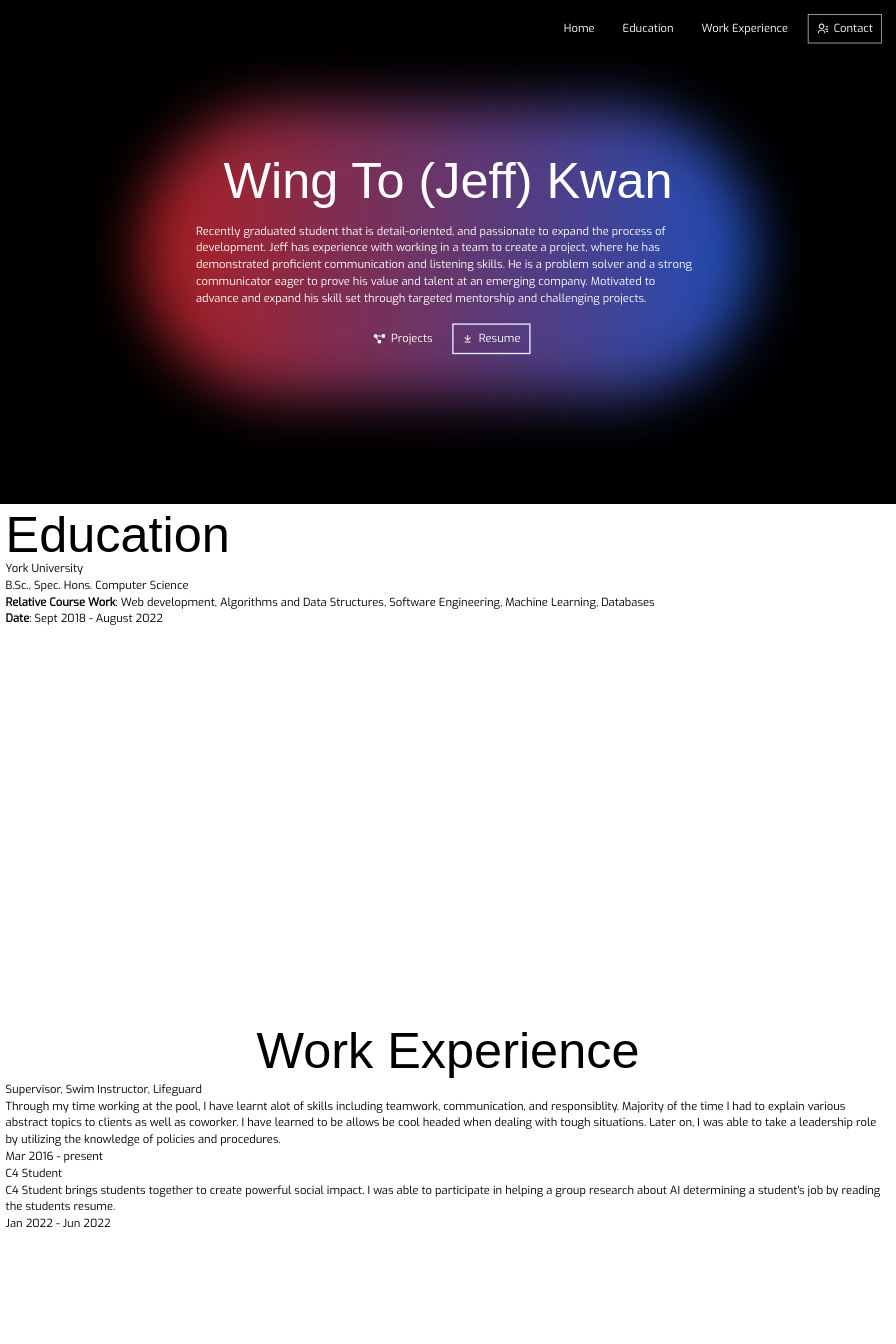
Repository: Jeffkw213/profile_website
Page: /
The author's editor kept a copy of each file at every save. The page is drawn from the files as they stood at one save, then again after the next save.
The browser window is 1280 px wide. The pictures show the part of the page from y = 0 to 1920 px (the page is 2960 px tall), at 70% of full size.
Some web fonts or font styles are not loaded; a fallback is used. The project was rebuilt for these pictures with package versions that can differ from the ones it lists, and the page was loaded fresh each time. Also part of the build but not shown: vite.config.js.

Above is the page before, as saved 2022-09-30 15:10:43.

### src/index.jsx
import React from 'react';
import ReactDOM from 'react-dom/client';
import App from './App';
import reportWebVitals from './reportWebVitals';
import './index.css';

// DOM creates an instance of your App component, though it can also pass simple JSX without any component instantiation
const root = ReactDOM.createRoot(document.getElementById('root'));
root.render(
  <React.StrictMode>
    <App />
  </React.StrictMode>
);

// If you want to start measuring performance in your app, pass a function
// to log results (for example: reportWebVitals(console.log))
// or send to an analytics endpoint. Learn more: https://bit.ly/CRA-vitals
reportWebVitals();

### src/App.jsx
import Education from './components/Education';
import Nav from './components/Nav';
import Projects from './components/Projects';
import Title from './components/Title';
import Work from './components/Work';
import records from './data/records.json';
import Navitop from './components/NavigationTop';
const App = () => {
  return (
    <div className="scroll-smooth w-full box-border relative font-Exo min-w-[800]">
      <Navitop />
      <Title {...records.Who} />
      <Education {...records.Education} />
      <Work employ={records.Employment} />
      <Projects />
      <Nav {...records.Social} />
    </div>
  );
};

export default App;

### src/index.css
@import url('https://fonts.googleapis.com/css2?family=Exo:wght@100;400&display=swap');
@import url('http://fonts.cdnfonts.com/css/nexa-bold');

@tailwind base;
@tailwind components;
@tailwind utilities;

@layer base{
    html{
        scroll-behavior: smooth;
    }
}

### src/components/Education.jsx
export default function Education(props) {
  return (
    <div className=" h-screen p-2" id="education">
      <div>
        <h1 className="font-Nexa text-7xl">Education</h1>
      </div>
      <p>{props.School}</p>
      <p>{props.Degree}</p>
      <p><strong>Relative Course Work</strong>: {props.RelatativeCoursework}</p>
      <p>
      <strong>Date</strong>: {props.Start} - {props.Graduation}
      </p>
    </div>



  );
}

### src/components/Nav.jsx
//This is gonna be the navigation bar
//Need to create a list of
import Git from '../data/GitHub-Mark-64px.png';
import Linkedin from '../data/LI-In-Bug.png';
import Gmail from '../data/Gmail_Logo_64px.png';
export const List = (props) => (
  <nav className="flex justify-center">
    <ul className="">
      <li className="inline-block">
        <a href={props.Linkedin} target="_blank" rel="noopener noreferrer">
          <img src={Linkedin} alt="Linkedin Logo" className="h-16 opacity-[.35]" />
        </a>
      </li>
      <li className="inline-block">
        <a href={props.Github} target="_blank" rel="noopener noreferrer">
          <img src={Git} alt="Git Logo" className="h-16 opacity-[.35]" />
        </a>
      </li>
      <li className="inline-block ml-2">
        <a href={`mailto:${props.Email}?subject=Hi%20I'm%20Stupid`}>
          <img src={Gmail} alt="Gmail Logo" className="h-16 opacity-[.35]" />
        </a>
      </li>
    </ul>
  </nav>
);

export default function Nav(props) {
  return (
    <div className="h-20 relative w-full py-2 text-center bg-black" id='contacts'>
      <List {...props} />
    </div>
  );
}

### src/components/Projects.jsx
import projects from '../data/projects';

export default function Projects() {
  return (
    <div className='h-screen p-2' id="project">
      {projects.map((item, index) => {
        return (
          <div key={index}>
            <h2 className='font-Nexa text-4xl sm:text-7xl text-center pt-4 pb-2'>{item.name}</h2>
            <a href={item.link} target="_blank" rel="noopener noreferrer">
              {item.link}
            </a>
            <p>{item.about}</p>
          </div>
        );
      })}
    </div>
  );
}

### src/components/Title.jsx
// This is the title of the website
// There would be a breif discription of who I am
// And there would be a navigation button to scroll to a certain section of the page
import { FaProjectDiagram } from 'react-icons/fa';
import { BiArrowToBottom } from 'react-icons/bi';
export default function Title({ Name, Description }) {
  return (
    <div className="bg-black max-w-1/2 w-full px-4" id="home">

      <div className="flex items-center justify-center h-screen">
        <div className="relative max-w-[880px]">
          <div className="absolute inset-0.5 bg-gradient-to-r from-red-600 to-blue-600 rounded-full blur-2xl opacity-80"></div>

          <div className="relative m-2 py-12 text-white ">
            <h1 className="font-Nexa text-4xl sm:text-7xl text-center pt-4 pb-2">{Name}</h1>
            <p className="p-4 mx-0 sm:mx-14 max-w-screen-lg min-w-[50%]">{Description}</p>

            {/* Buttons */}
            <div className="flex items-center justify-center py-2">
              <a href="#project" className="px-2">
                <button
                  className="flex items-center justify-center p-2 px-3 bg-transparent text-white
        transition delay-150 duration-300 ease-in-out hover:scale-110"
                >
                  <FaProjectDiagram className="text-white mr-2" /> Projects
                </button>
              </a>
              <a href="/Resume.pdf" target="_blank" className="px-2">
                <button
                  className="flex items-center justify-center p-2 px-3 bg-transparent border-2 border-indigo-100 text-white
        transition delay-150 duration-300 ease-in-out hover:scale-110"
                >
                  <BiArrowToBottom className=" text-white mr-2" />
                  Resume
                </button>
              </a>
            </div>
          </div>
        </div>
      </div>
    </div>
  );
}

### src/components/Work.jsx
export default function Work({ employ }) {
  return (
    <div className="scroll-mt-10 h-screen p-2" id="work">
      <h1 className="font-Nexa text-4xl sm:text-7xl text-center pt-4 pb-2"> Work Experience </h1>
      {employ.map((item, index) => {
        return (
          <div key={index} className="">
            <div></div>
            <p>{item.Role}</p>
            <p>{item.Description}</p>
            <p>{item.Date}</p>
          </div>
        );
      })}
    </div>
  );
}

### src/data/records.json
{
  "Who": {
    "Name": "Wing To (Jeff) Kwan",
    "Location": {
      "City": "Richmond Hill",
      "Province": "Ontario",
      "Country": "Canada",
      "Street": "176 Kimono Crescent",
      "Postal": "L4S 2A4"
    },
    "Description": "Recently graduated student that is detail-oriented, and passionate to expand the process of development. Jeff has experience with working in a team to create a project, where he has demonstrated proficient communication and listening skills. He is a problem solver and a strong communicator eager to prove his value and talent at an emerging company. Motivated to advance and expand his skill set through targeted mentorship and challenging projects.",
    "Skills": {
      "Languages": "Python, Java, Javascript, CSS, HTML, SQL, Prolog, C#, C98, C99",
      "Framework": "Numpy, Pandas, MySQL, React, Node.js",
      "Platform": "Linux, Windows, MACOS, Android",
      "Techniques": "OOP, DataStructures, Machine Learning, Data Mining"
    }
  },
  "Social": {
    "Email": "jeffkwan10@gmail.com",
    "Linkedin": "https://www.linkedin.com/in/jeff-kwan-881a41203/",
    "Github": "https://github.com/Jeffkw213"
  },

  "Education": {
    "School": "York University",
    "Degree": "B.Sc., Spec. Hons. Computer Science",
    "RelatativeCoursework": "Web development, Algorithms and Data Structures, Software Engineering, Machine Learning, Databases",
    "Graduation": "August 2022",
    "Start": "Sept 2018"
  },

  "Employment": [
    {
      "Role": "Supervisor, Swim Instructor, Lifeguard",
      "Where": "City of Richmond Hill",
      "Description": "Through my time working at the pool, I have learnt alot of skills including teamwork, communication, and responsiblity. Majority of the time I had to explain various abstract topics to clients as well as coworker. I have learned to be allows be cool headed when dealing with tough situations. Later on, I was able to take a leadership role by utilizing the knowledge of policies and procedures.",
      "Date": "Mar 2016 - present"
    },
    {
      "Role": "C4 Student",
      "Where": "York University",
      "Description": "C4 Student brings students together to create powerful social impact. I was able to participate in helping a group research about AI determining a student's job by reading the students resume.",
      "Date": "Jan 2022 - Jun 2022"
    }
  ]
}

### src/components/NavigationTop.jsx
import { RiContactsLine } from 'react-icons/ri';

export default function ButtonNavi() {
  return (
    <header className="fixed flex w-full justify-end item-center h-20">
      <nav className="p-3 text-center">
        <div className='container flex justify-between items-center mx-auto'>
        <a href="#home">
          <button
            className="flex m-2 p-2 px-3 text-white
      transition delay-150 duration-300 ease-in-out hover:scale-110"
          >
            Home
          </button>
        </a>

        <a href="#education">
          <button
            className="flex m-2 p-2 px-3 bg-transparent text-white
      transition delay-150 duration-300 ease-in-out hover:scale-110"
          >
            Education
          </button>
        </a>
        <a href="#work">
          <button
            className="flex m-2 p-2 px-3 bg-transparent text-white
      transition delay-150 duration-300 ease-in-out hover:scale-110"
          >
            Work Experience
          </button>
        </a>
        <a href="#contacts">
          <button
            className="flex items-center justify-center m-2 p-2 px-3 bg-transparent text-white
        transition delay-150 duration-300 ease-in-out hover:scale-110 border border-slate-300 hover:bg-slate-600/20"
          >
            <RiContactsLine className=" text-white mr-2" />
            Contact
          </button>
        </a>
        </div>
      </nav>
    </header>
  );
}

### src/data/projects.js
export default [
  {
    name: '8-puzzle',
    about: 'Create a 8-puzzle game with python. This project mainly focuses on different ways to find the best solution to solve the puzzle. I have used Best First approach, Depth First, and the Mannhattan Solution. The goal of this project was to expand understanding of different search methods and continue to exercise mastery of the concepts.',
    link: 'https://github.com/jeffkw213/8-puzzle'
  },
  {
    name: '9-puzzle',
    about: 'Hi this is a dummy thing to see if this works properly',
    link: 'https://github.com/jeffkw213/9-puzzle'
  }
];

### tailwind.config.js
/** @type {import('tailwindcss').Config} */
module.exports = {
  content: ['./index.html', './src/**/*.{js,jsx}'],
  theme: {
    extend: {
      fontFamily: {
        Exo : "'Exo', sans-serif",
        Nexa : "'Nexa', sans-serif",
      },
      variants: {
        width: ["responsive", "hover", "focus"]
      },
      minWidth: {
        '1/2': '50%',
      }
    }
  },
  plugins: []
};

Loaded but not shown: public/index.html (common file); src/reportWebVitals.js (common file)

After the next save:
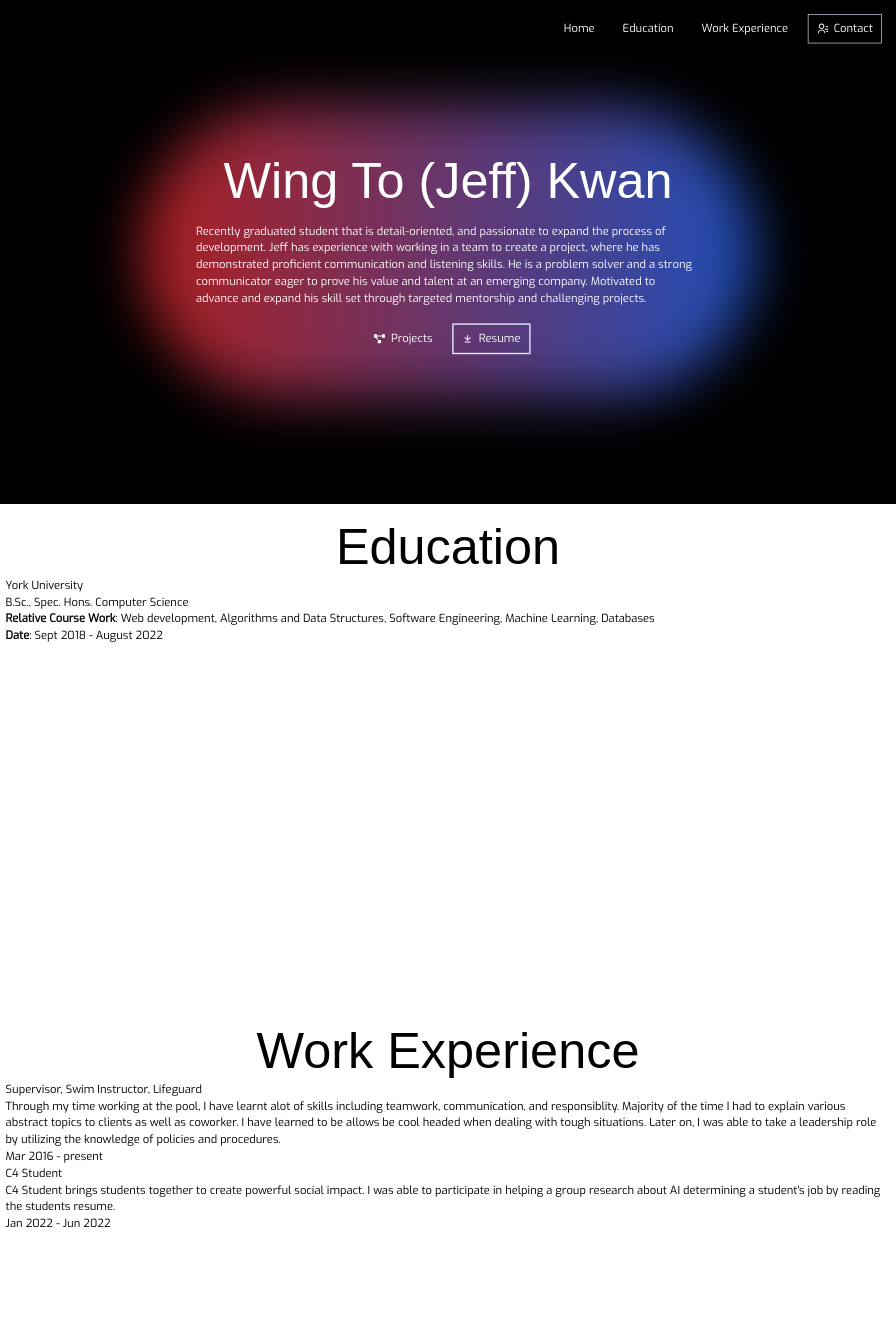
Saved 6 s later.
--- a/src/components/Education.jsx
+++ b/src/components/Education.jsx
@@ -2,7 +2,7 @@ export default function Education(props) {
   return (
     <div className=" h-screen p-2" id="education">
       <div>
-        <h1 className="font-Nexa text-7xl">Education</h1>
+        <h1 className="font-Nexa text-4xl sm:text-7xl text-center pt-4 pb-2">Education</h1>
       </div>
       <p>{props.School}</p>
       <p>{props.Degree}</p>
